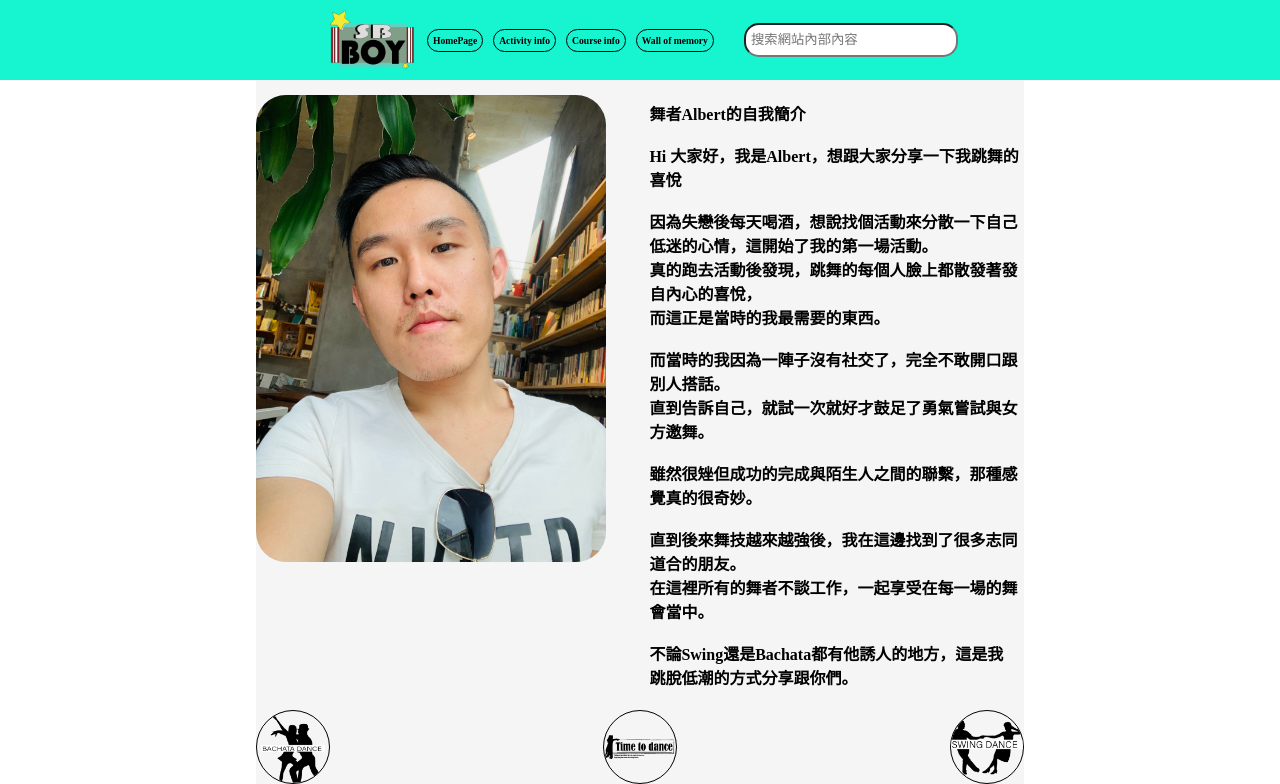
Repository: AlbertKoii/0718_Learning_Javascript
Page: aboutme/aboutme_try.html
An editor plug-in stored every save of this project. The page is shown before and after the next save, followed by the edit.
The browser window is 1280 px wide. The pictures show the whole page.

Above is the page before, as saved 2023-07-26 13:42:13.
Not found: aboutme/script.js

After the next save:
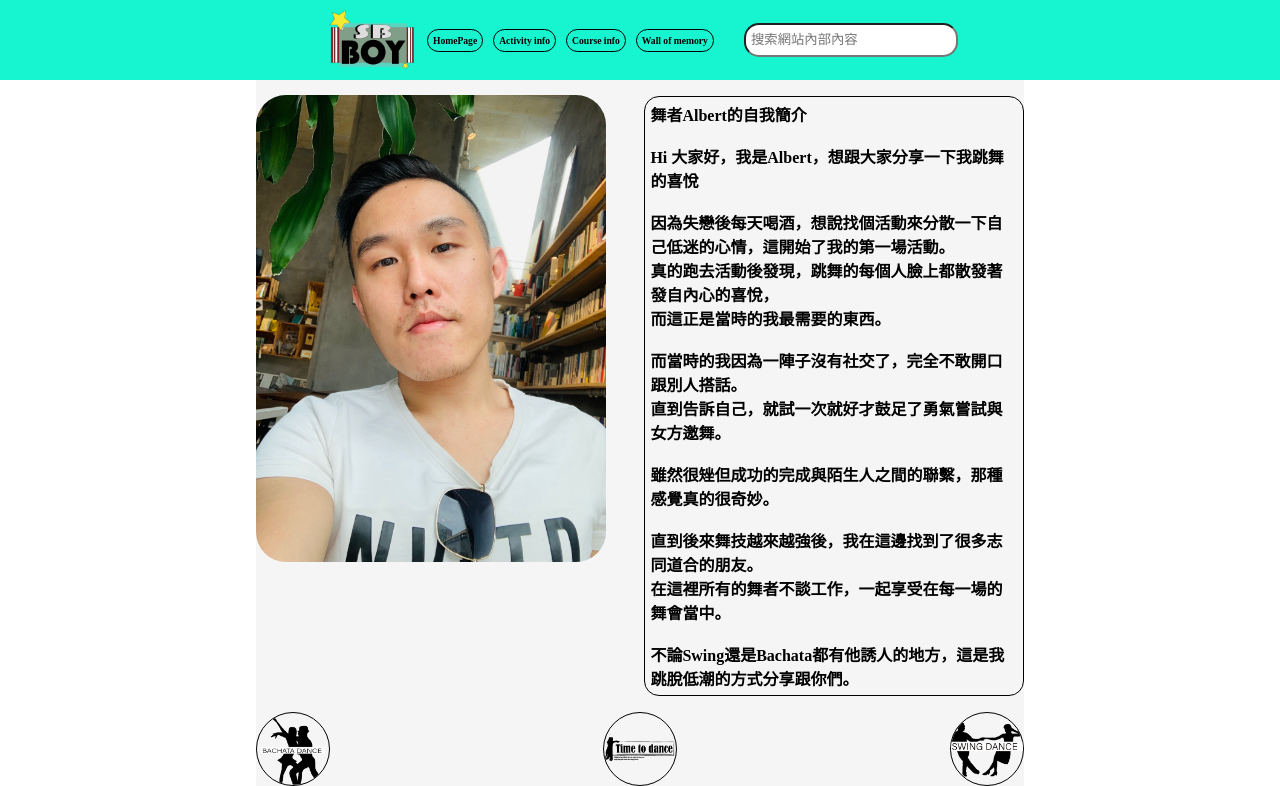
Saved 17 s later.
--- a/aboutme/aboutme.try.css
+++ b/aboutme/aboutme.try.css
@@ -77,7 +77,6 @@
 
     }
 .right p{
-    display:inline-flex
     border: 1px solid black;
     border-radius: 15px;
     padding: 5px;

After the 4 saves that followed:
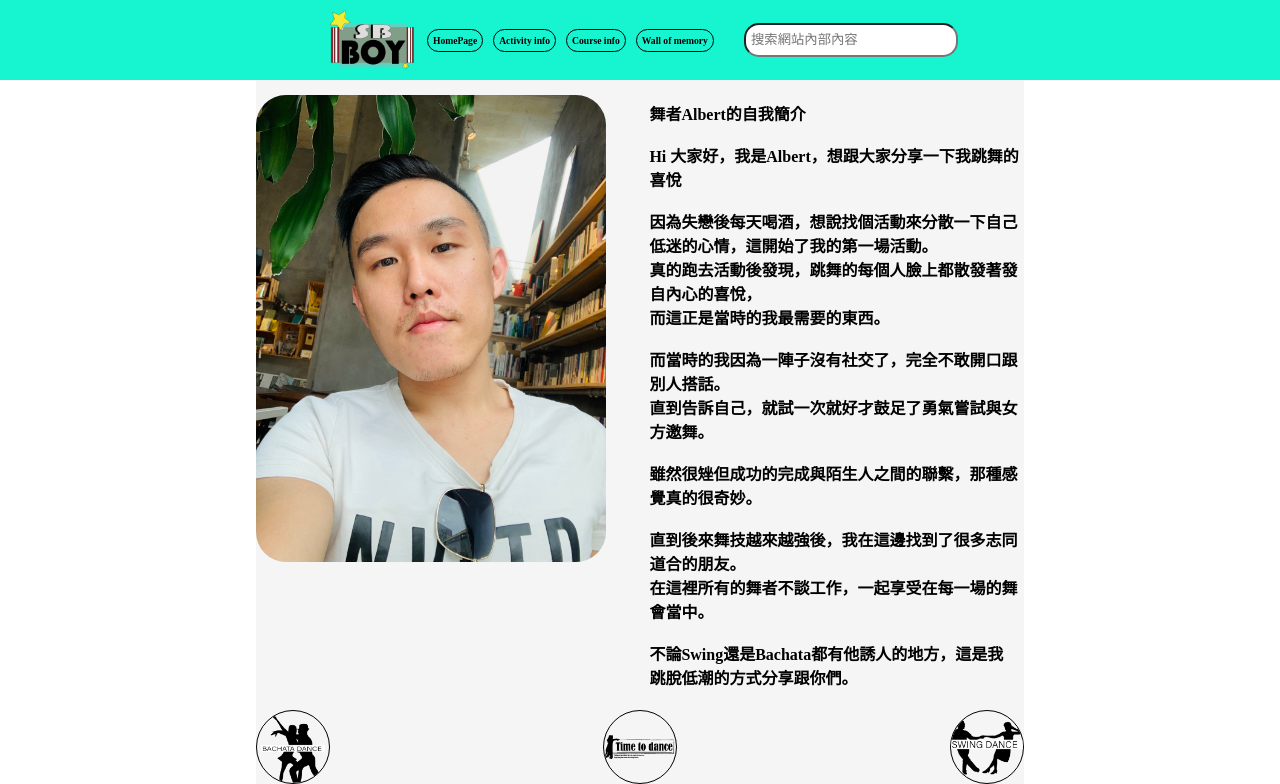
The 4 saves are shown as one change because they came seconds apart.
The last was saved 20 s later.
--- a/aboutme/aboutme.try.css
+++ b/aboutme/aboutme.try.css
@@ -77,6 +77,7 @@
 
     }
 .right p{
+    min-width:
     border: 1px solid black;
     border-radius: 15px;
     padding: 5px;
